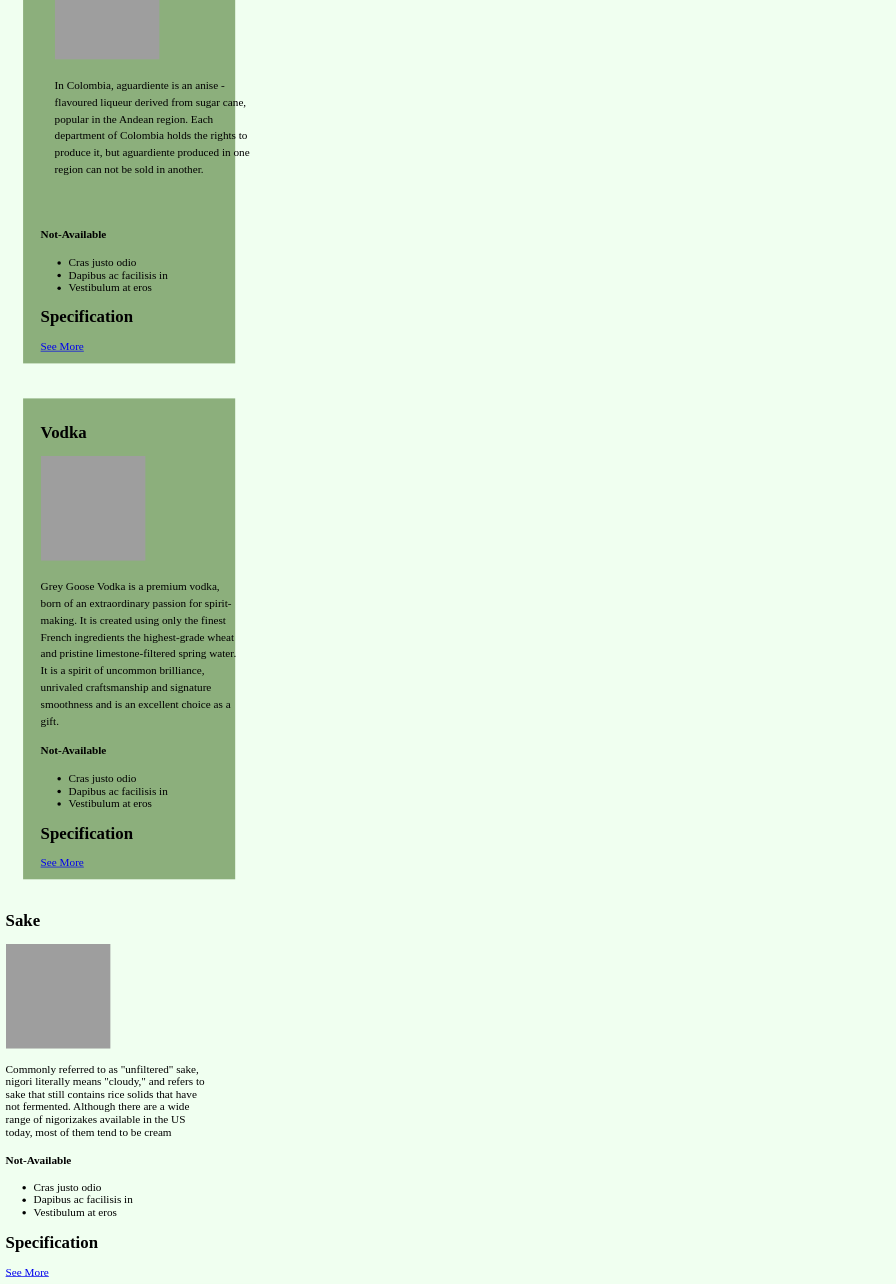
Repository: ZamlZam/REPO-11
Page: product-cards/index.html
The author's editor kept a copy of each file at every save. The page is drawn from the files as they stood at one save, then again after a run of saves.
The browser window is 1280 px wide. The pictures show the part of the page from y = 1813 to 3733 px (the page is 3647 px tall before and 3733 px after), at 70% of full size.
Pictures or frames that could not be fetched are drawn as grey boxes.

Above is the page before, as saved 2023-04-14 20:38:30.

After the next 2 saves:
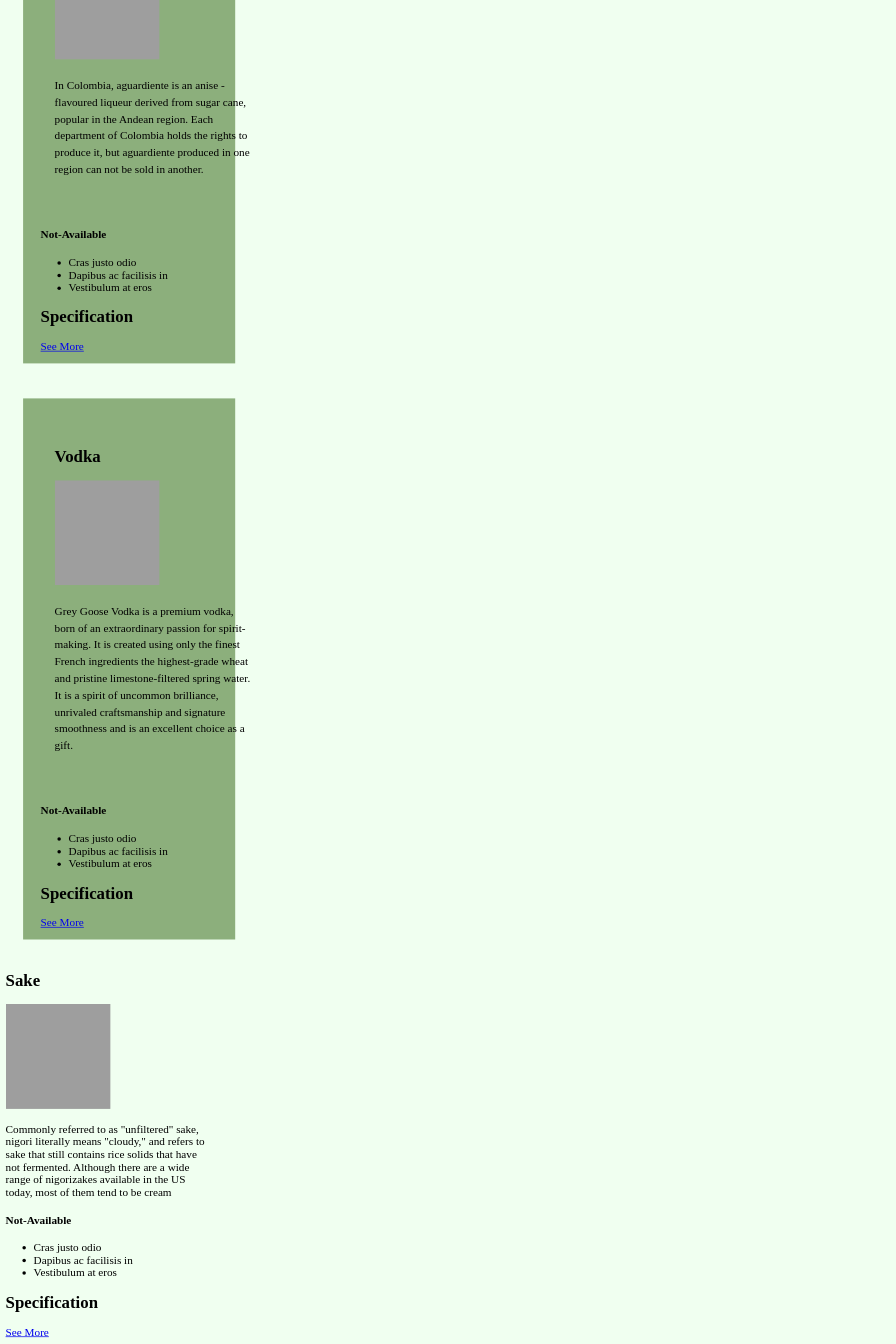
The 2 saves are shown as one change because they came seconds apart.
The last was saved 7 s later.
--- a/product-cards/main.css
+++ b/product-cards/main.css
@@ -176,7 +176,7 @@
   background-color:rgb(140, 175, 124);
 }
 
-.card-wrap3 .card3 {
+.card-wrap4 .card4 {
   padding: 35px 20px;
   border-radius: 5px;
   min-width: 225px;
